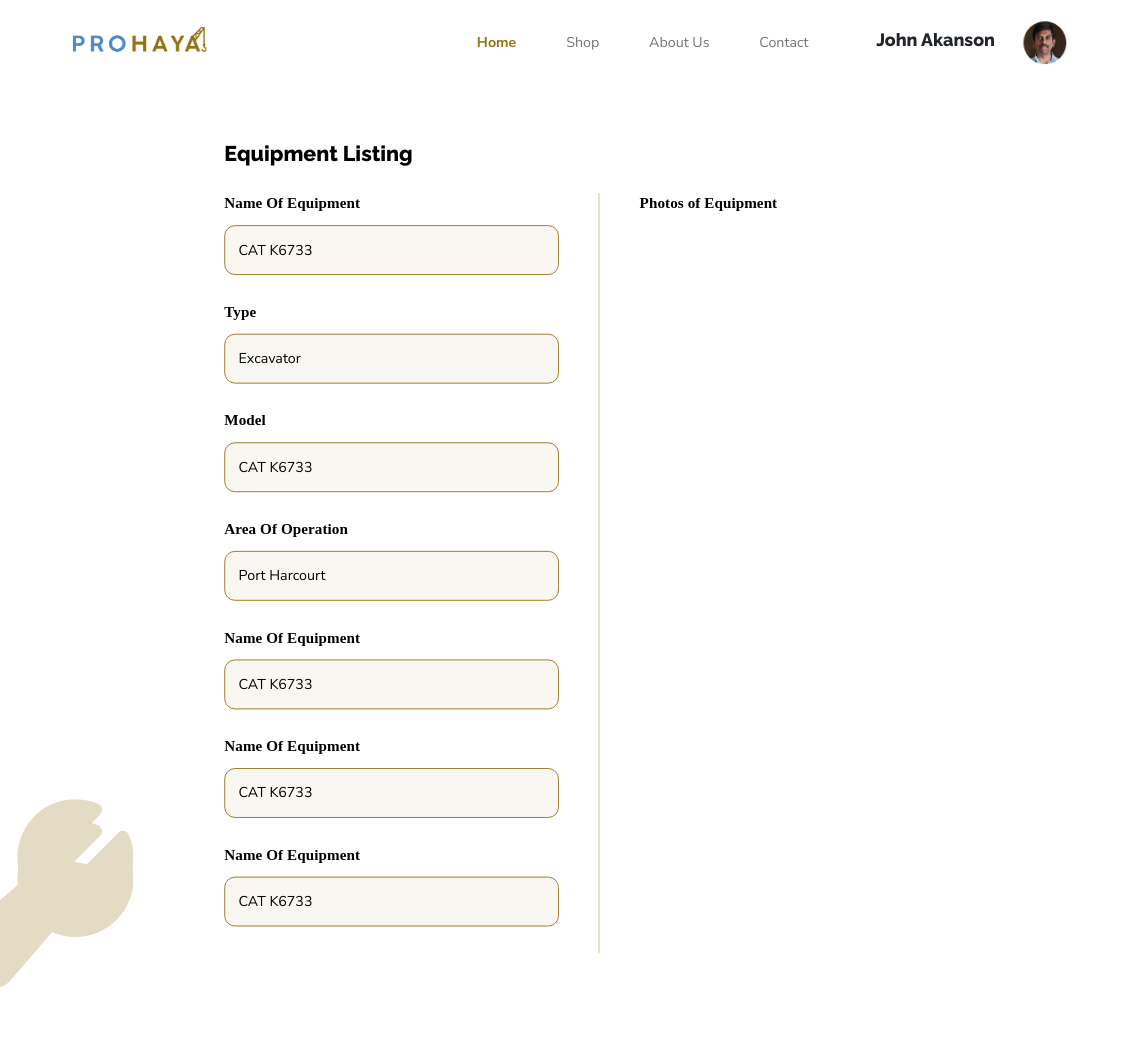
Repository: stormcelltech/Prohaya-UI
Page: Prohaya-UI/equipment_listing.html
These files come from the project's save history. The page is drawn as it stood at one moment and after the next save; the edit follows.
The browser window is 1280 px wide. The pictures show the whole page, at 89% of full size.
Some web libraries are served in a nearby version.

Above is the page before, as saved 2022-04-14 02:52:23.
Console error: TypeError: $(...).owlCarousel is not a function

After the next save:
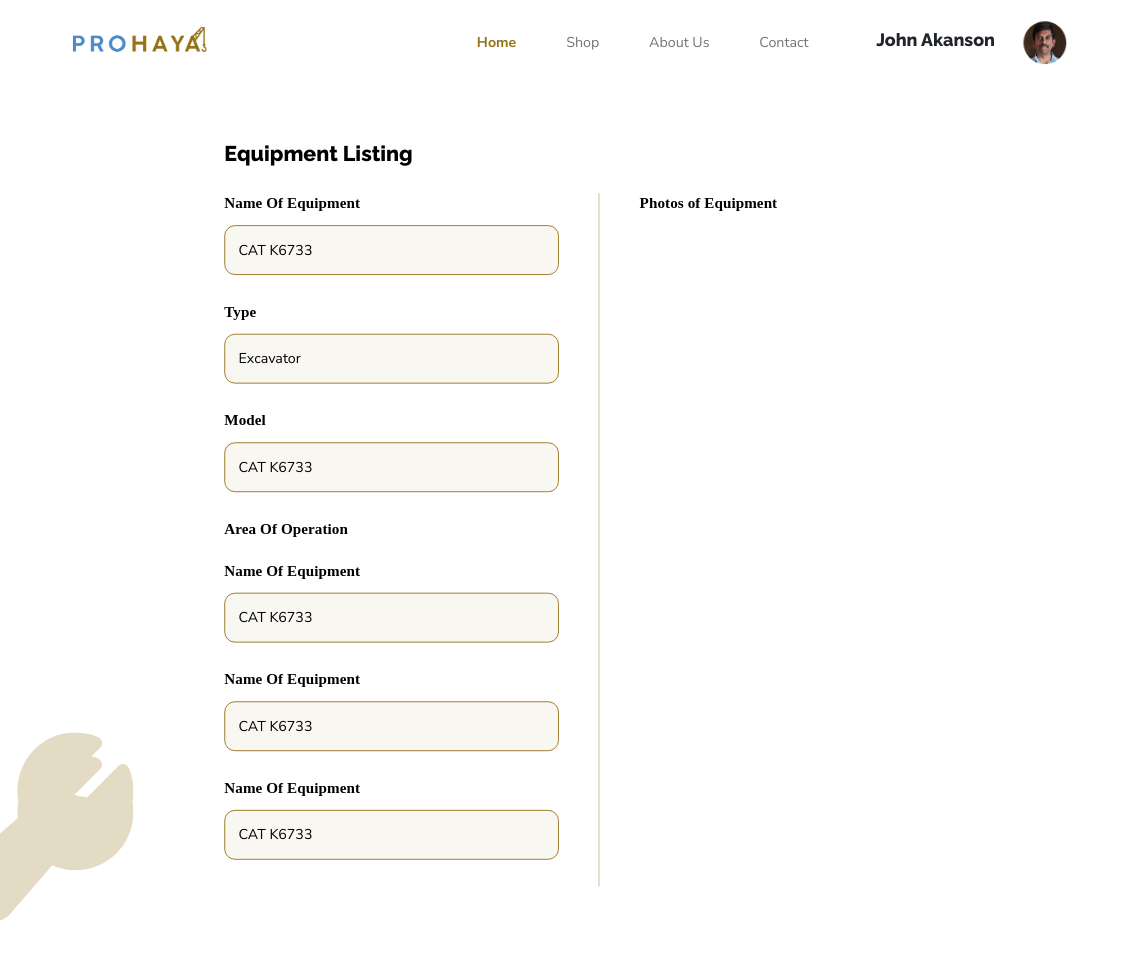
Saved 7 min 42 s later.
--- a/Prohaya-UI/equipment_listing.html
+++ b/Prohaya-UI/equipment_listing.html
@@ -78,7 +78,12 @@
                             </div>
                             <div class="mb-3">
                                 <label for="exampleFormControlInput1" class="form-label custom-labels">Area Of Operation</label>
-                                <input type="text" class="form-control custom-input" id="exampleFormControlInput1" placeholder="Port Harcourt">
+                                <!-- <input type="text" class="form-control custom-input" id="exampleFormControlInput1" placeholder="Port Harcourt"> -->
+                                <ul class="dropdown-menu" aria-labelledby="dropdownMenuButton1">
+                                    <li><a class="dropdown-item" href="#">Action</a></li>
+                                    <li><a class="dropdown-item" href="#">Another action</a></li>
+                                    <li><a class="dropdown-item" href="#">Something else here</a></li>
+                                  </ul>
                             </div>
                             <div class="mb-3">
                                 <label for="exampleFormControlInput1" class="form-label custom-labels">Name Of Equipment</label>
